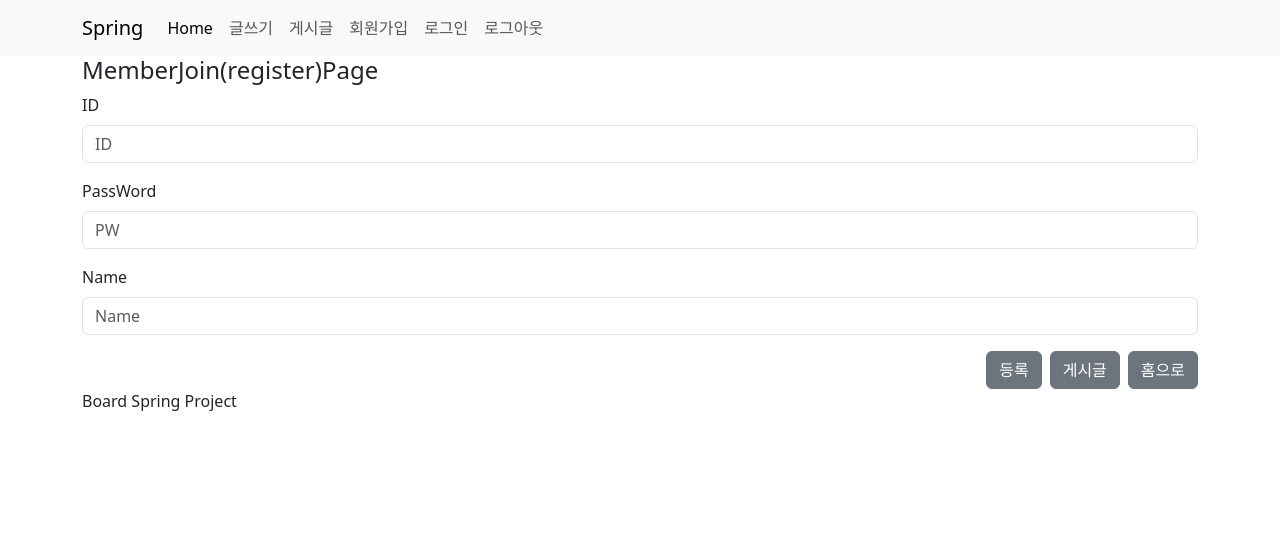
Repository: dasberaht/240430_SPRING_PROJECT
Page: http://localhost/spring_study/WEB-INF/views/member/register.jsp
The author's editor kept a copy of each file at every save. The page is drawn from the files as they stood at one save, then again after the next save.
The browser window is 1280 px wide. The pictures show the whole page.
The page is served by Tomcat 9. Nobody is signed in. The template is opened directly, without the code that normally fills it, so the values that code supplies are empty.

Above is the page before, as saved 2024-04-25 05:51:35.

After the next save:
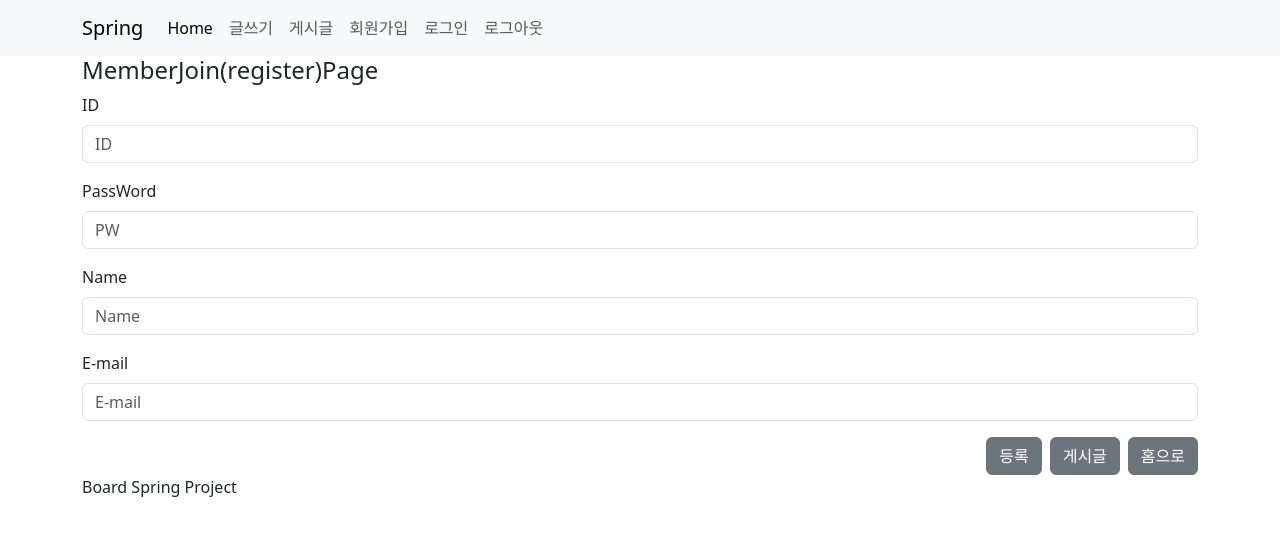
Saved 22 s later.
--- a/spring_study/src/main/webapp/WEB-INF/views/member/register.jsp
+++ b/spring_study/src/main/webapp/WEB-INF/views/member/register.jsp
@@ -18,6 +18,10 @@
 			  <label for="n" class="form-label">Name</label>
 			  <input type="text" class="form-control" name="name" id="n" placeholder="Name">
 			</div>
+			<div class="mb-3">
+			  <label for="e" class="form-label">E-mail</label>
+			  <input type="text" class="form-control" name="email" id="e" placeholder="E-mail">
+			</div>
 
 
 			<div class="d-grid gap-2 d-md-flex justify-content-md-end">
